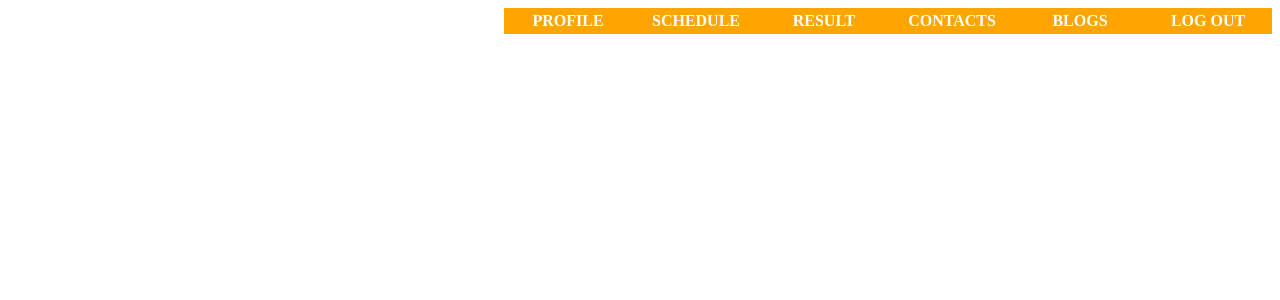
Repository: feefifofannie/SapientNitroTraining
Page: WebProject/WebContent/PortalExercise/index.html
The author's editor kept a copy of each file at every save. The page is drawn from the files as they stood at one save, then again after the next save.
The browser window is 1280 px wide. The pictures show the whole page.

Above is the page before, as saved 2015-09-15 08:00:59.

### WebProject/WebContent/PortalExercise/index.html
<!DOCTYPE html>
<html>
<head>
<title>Project</title>
<meta name="viewport" content="width=device-width, initial-scale=1.0">
<style>
ul {
	list-style-type: none;
	margin: 0;
	padding: 0;
	overflow: hidden;
	float: right;
}

li {
	float: left;
}

a:link,a:visited {
	display: block;
	width: 120px;
	font-weight: bold;
	color: #FFFFFF;
	background-color: orange;
	text-align: center;
	padding: 4px;
	text-decoration: none;
	text-transform: uppercase;
}

a:hover,a:active {
	background-color: #ffb66c;
}
</style>
</head>
<body>
	<ul>
		<li><a href="#home">Profile</a></li>
		<li><a href="#news">Schedule</a></li>
		<li><a href="#contact">Result</a></li>
		<li><a href="#about">Contacts</a></li>
		<li><a href="#about">Blogs</a></li>
		<li><a href="#about">Log Out</a></li>
	</ul>
	<script src="http://code.jquery.com/jquery.js"></script>
</body>
</html>

After the next save:
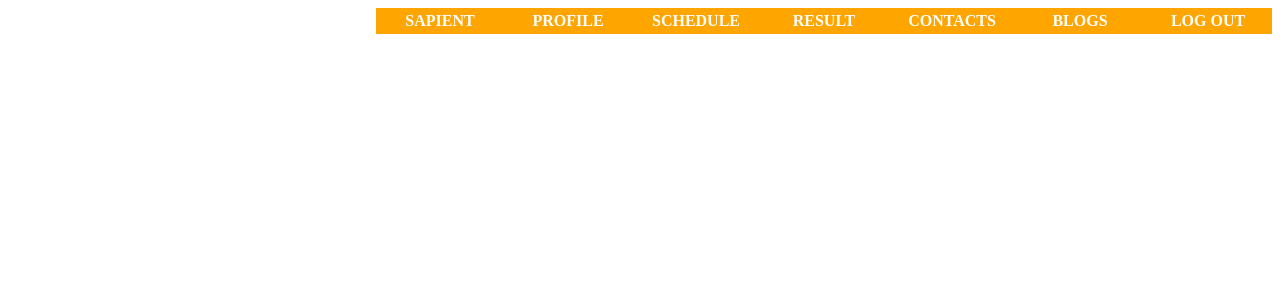
Saved 2 min 2 s later.
--- a/WebProject/WebContent/PortalExercise/index.html
+++ b/WebProject/WebContent/PortalExercise/index.html
@@ -15,6 +15,8 @@ ul {
 li {
 	float: left;
 }
+
+li:last-child { float:right; }
 
 a:link,a:visited {
 	display: block;
@@ -35,6 +37,7 @@ a:hover,a:active {
 </head>
 <body>
 	<ul>
+		<li><a href="#home">Sapient</a></li>
 		<li><a href="#home">Profile</a></li>
 		<li><a href="#news">Schedule</a></li>
 		<li><a href="#contact">Result</a></li>
